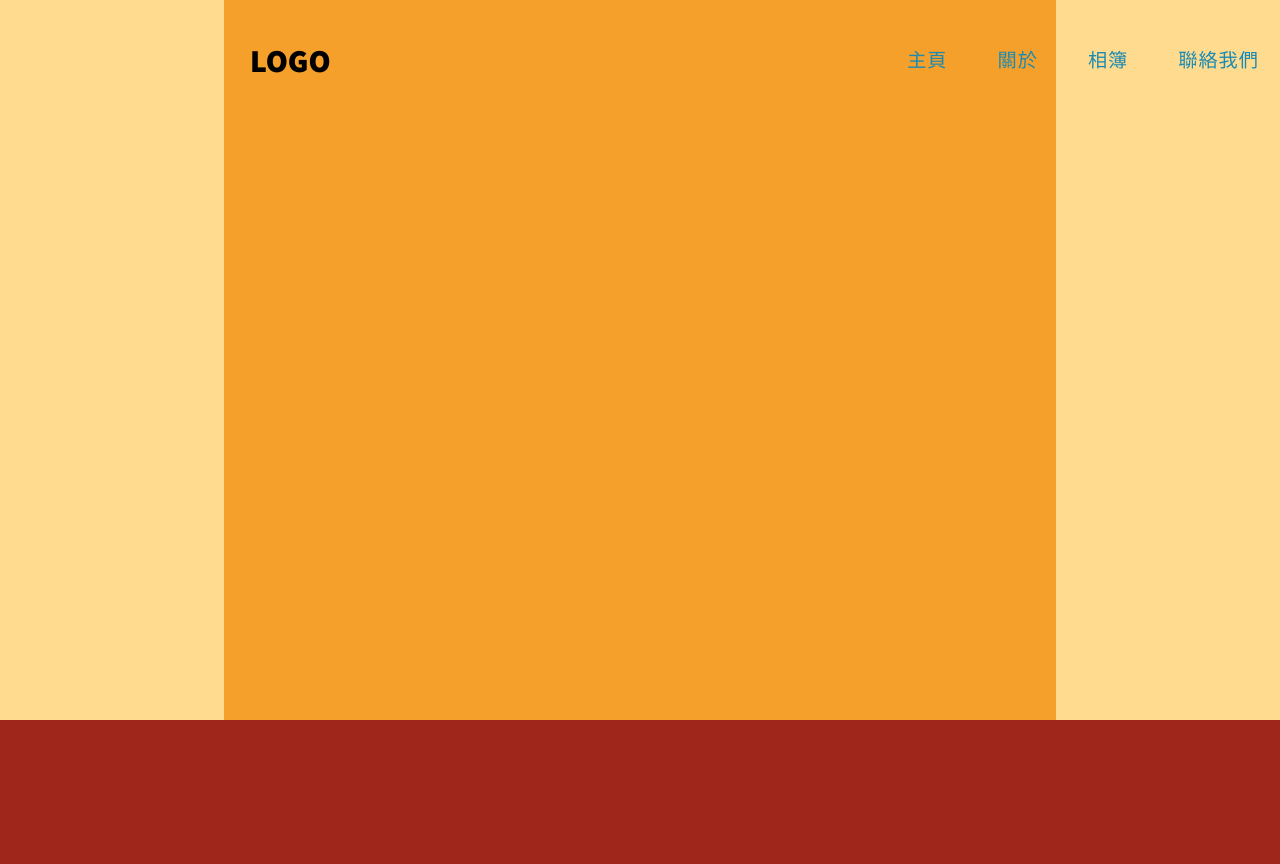
Repository: KevinYu0515/guanghui-food-website
Page: /
These files come from the project's save history. The page is drawn as it stood at one moment and after a run of saves; the edit follows.
The browser window is 1280 px wide. The pictures show the whole page.
The project was rebuilt for these pictures with package versions that can differ from the ones it lists, and the page was loaded fresh each time. Also part of the build but not shown: vue.config.js.

Above is the page before, as saved 2022-03-17 14:46:27.

### src/App.vue
<template>
  <div class="app">
    <Navbar></Navbar>
      <router-view/>
    <Footer></Footer>
  </div>
</template>

<script>
import Navbar from './components/Navbar.vue';
import Footer from './components/Footer.vue';
export default {
  name:"App",
  components:{
    Navbar,
    Footer
  }
}
</script>

<style lang="scss">
@import url('https://fonts.googleapis.com/css2?family=Assistant:wght@800&family=Quicksand&family=Ubuntu&display=swap');
* {
  font-family: 'Assistant', Helvetica, Arial, sans-serif;
  background-color: #FEDB8E;
  justify-content: center;
  align-items: center;
  margin:0;
}
</style>

### src/router/index.js
import { createRouter, createWebHistory } from 'vue-router'
import Home from '../views/Home.vue'

const routes = [
  {
    path: '/',
    name: 'Home',
    component: Home
  },
  {
    path: '/home',
    component: Home
  },
  {
    path: '/about',
    name: 'About',
    component: Home
  },
  {
    path: '/picture',
    name: 'Picture',
    component: Home
  },
  {
    path: '/contact',
    name: 'Contact',
    component: Home
  }
]

const router = createRouter({
  history: createWebHistory(process.env.BASE_URL),
  routes
})

export default router

### src/components/Navbar.vue
<template>
    <div id="header">
      <router-link to="/" class="logo">Logo</router-link>
      <ul>
          <li><router-link to="/home">主頁</router-link> </li>
          <li><router-link to="/about">關於</router-link> </li>
          <li><router-link to="/picture">相簿</router-link> </li>
          <li><router-link to="/contact">聯絡我們</router-link> </li>
      </ul>
    </div>
</template>

<script>
export default {
  name: 'Navbar',
}
</script>

<!-- Add "scoped" attribute to limit CSS to this component only -->
<style scoped lang="scss">
@import "@/assets/scss/navbar.scss";
</style>

### src/components/Footer.vue
<template>
  <div class="footer">
  </div>
</template>

<script>
export default {
 name:'Footer',
}
</script>

<style>
.footer{
    background:#9E261B;
    height:20vh;
    width: 100%;
}
</style>

### src/views/Home.vue
<template>
  <div class='home'>
  </div>
</template>

<script>

export default {
  name: 'Home',
}
</script>

<style lang="scss" scoped>
.home{
  margin: 0 auto 0 auto;
  background: #F5A02A;
  width: 65%;
  height: 100vh;
}
.home_picture{
  height:80%;
  width:80%;
}
</style>

### src/assets/scss/navbar.scss

#header{
    position: fixed;
    top: 0;
    left: 200px;
    width:80%;
    height: 80px;
    padding: 20px 100px 0px 50px;
    display: flex;
    justify-content: space-between;
    align-items: center;
    background: none;
    .logo{
      color:rgb(0, 0, 0);
      font-weight: 700;
      text-decoration: none;
      font-size:2em;
      text-transform: uppercase;
      background: none;
    }
    ul{
      display: flex;
      justify-content: center;
      align-items: center;
      background: none;
      li{
        list-style: none;
        margin-left: 20px;
        background: none;
        a{
            color:rgb(27, 138, 179);
            background: none;
            height:50px;
            line-height: 50px;
            display: inline-block;
            text-decoration: none;
            font-size: 1.2em;
            padding: 0 15px;
            letter-spacing: 1px;
            cursor: pointer;
            &:hover{
                color:aliceblue;
                border-radius: 20px;
                background-color: #AF3314;
            }
          }
          a.router-link-exact-active{
              color: #e73727;
          }
        }
      }
  }

Loaded but not shown: public/index.html (common file); src/main.js (common file)

After the next 2 saves:
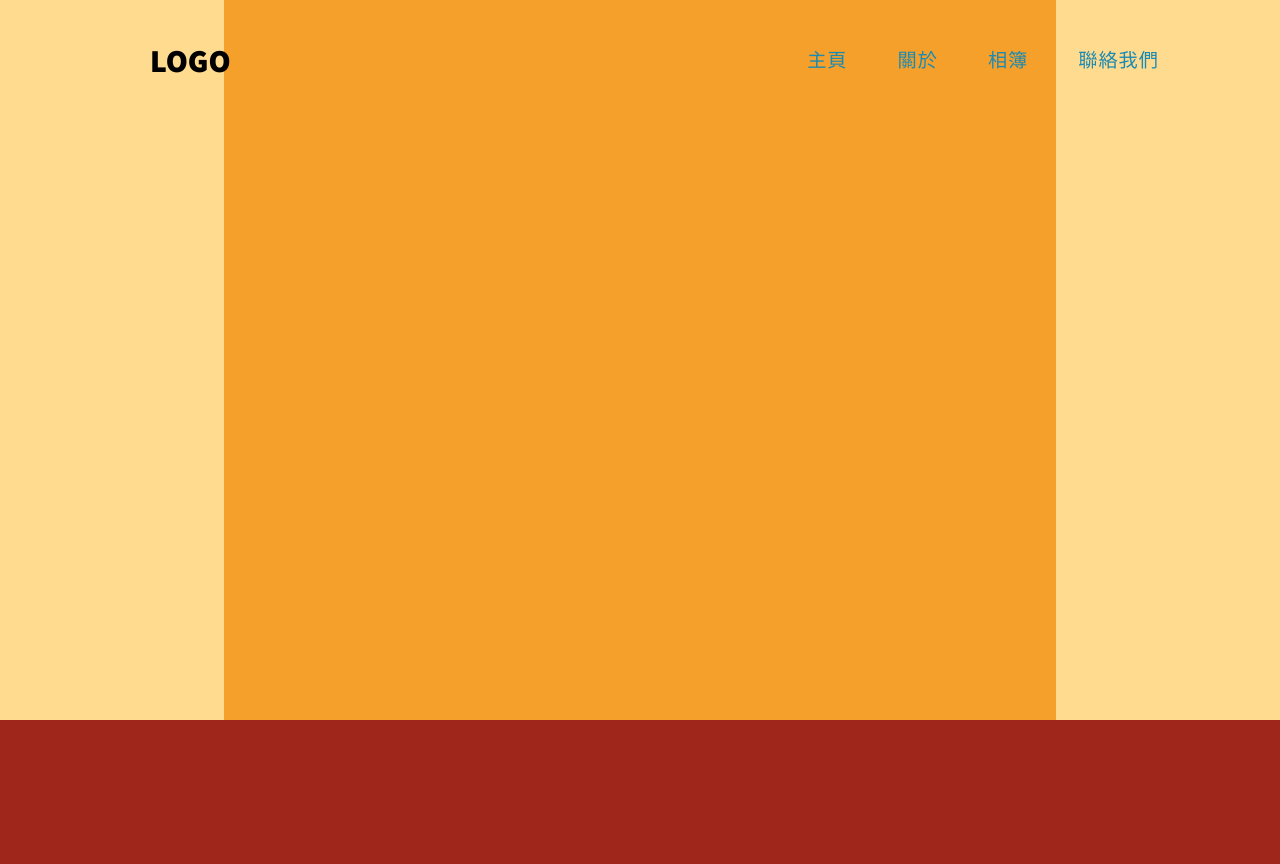
The 2 saves are shown as one change because they came seconds apart.
The last was saved 10 s later.
--- a/src/assets/scss/navbar.scss
+++ b/src/assets/scss/navbar.scss
@@ -2,7 +2,7 @@
 #header{
     position: fixed;
     top: 0;
-    left: 200px;
+    left: 100px;
     width:80%;
     height: 80px;
     padding: 20px 100px 0px 50px;
